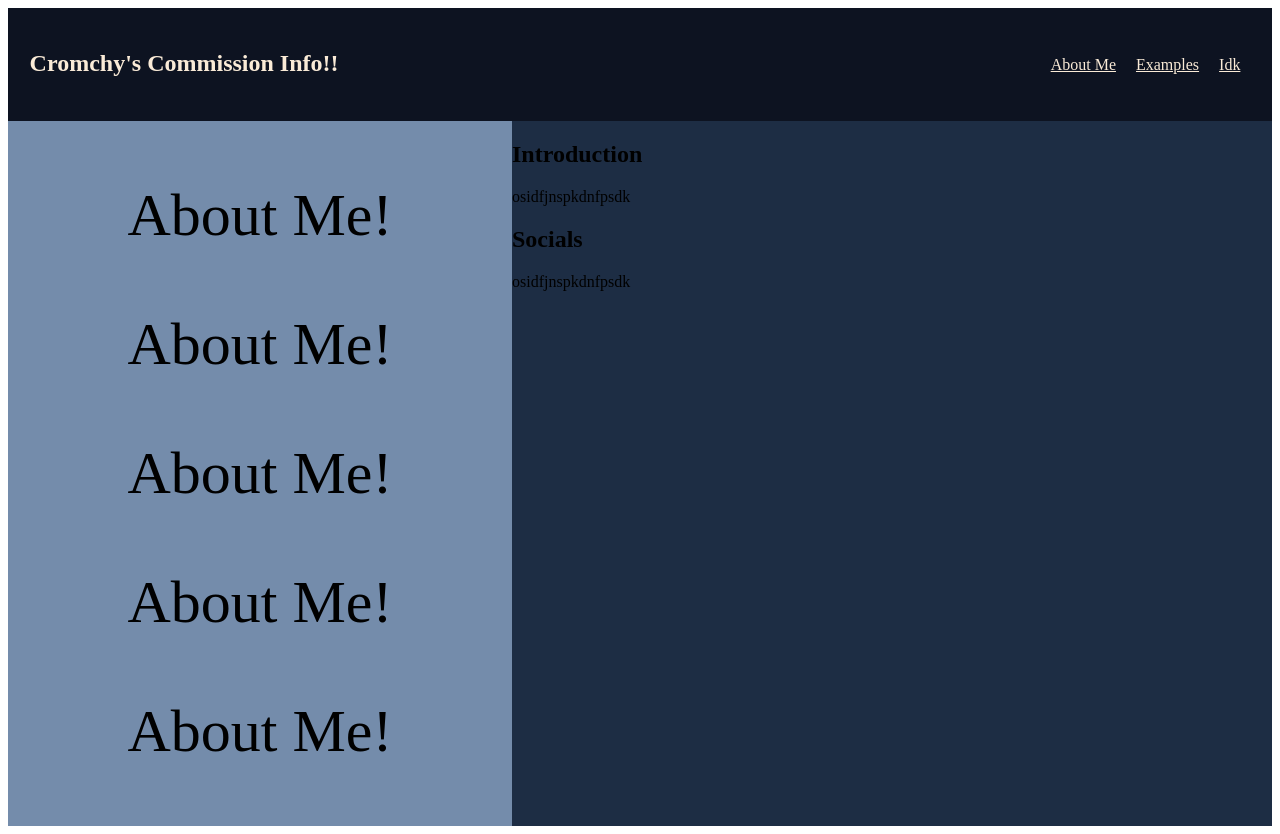
Repository: crackaLack1n/Cromchys_Commission_Site
Page: /
These files come from the project's save history. The page is drawn as it stood at one moment and after the next save; the edit follows.
The browser window is 1280 px wide. The pictures show the whole page.
The project was rebuilt for these pictures with package versions that can differ from the ones it lists, and the page was loaded fresh each time. The framework's server and built-in components were replaced by stand-ins that run in the browser. Also part of the build but not shown: next.config.mjs.

Above is the page before, as saved 2024-06-11 12:24:18.

### pages/index.js
import Head from "next/head";
import Header from "@/Components/Header";
import Image from "next/image";
import styles from "@/styles/Home.module.css";


export default function Home() {
  return (
    <>
      <Head>
        <title>Create Next App</title>
        <meta name="description" content="Generated by create next app" />
        <meta name="viewport" content="width=device-width, initial-scale=1" />
        <link rel="icon" href="/favicon.ico" />
      </Head>

      <Header/>
      <main className={`${styles.main}`}>
        <div className={styles.mainContainer}>
          <div className={styles.containerLeft}>
            <div className={styles.contentLeft}>
            <p>About Me!</p>
            <p>About Me!</p>
            <p>About Me!</p>
            <p>About Me!</p>
            <p>About Me!</p>
            </div>
          </div>
          <div className={styles.contentRight}>
            <h2>Introduction</h2>
            <p>osidfjnspkdnfpsdk</p>
            <h2>Socials</h2>
            <p>osidfjnspkdnfpsdk</p>
          </div>
        </div>
      </main>
    </>
  );
}

### Components/Header/index.js
import Link from "next/link"
import style from './header.module.css';
export default function Header() {
  return (
    <>
      <div className={style.main}>
        <h2>Cromchy's Commission Info!!</h2>
        <nav className={style.nav}>
          <ul className={style.buttons}>
            <li><Link href={`/`}>About Me</Link></li>
            <li><Link href={`/Examples`}>Examples</Link></li>
            <li><Link href={`/Idk`}>Idk</Link></li>
          </ul>
        </nav>
      </div>
    </>
  )
}

### styles/Home.module.css
.main {
  display: flex;
  min-height: 20vh;
  background-color: #748CAB;
}

.mainContainer {
 display: grid;
 grid-template-columns:  1fr 3fr;
 height: auto;
}

.containerLeft {
  width: 70vh;
  text-align: center;
}

.contentLeft p {
  font-size: 60px;
}
.contentRight {
  background-color: #1D2D44;
  width: 100%;
}

/* Mobile */
@media (max-width: 700px) {
  .content {

  }

  .grid {
    grid-template-columns: 1fr;
    margin-bottom: 120px;
    max-width: 320px;
    text-align: center;
  }

}

/* Tablet and Smaller Desktop */
@media (min-width: 701px) and (max-width: 1120px) {
  .grid {
    grid-template-columns: repeat(2, 50%);
  }
}

### Components/Header/header.module.css
.main {
  display: flex;
  justify-content: space-between;
  padding: 3vh;
  background-color: #0D1321;
  color: antiquewhite;
}


.nav {
justify-content: end;

}

.buttons {
  display: flex;

}

.buttons li {
  padding: 10px;
  list-style-type: none;
  color: antiquewhite;
}

.buttons a {
  color: antiquewhite;
}

Loaded but not shown: pages/_app.js (common file); pages/_document.js (common file); styles/globals.css (common file)

After the next save:
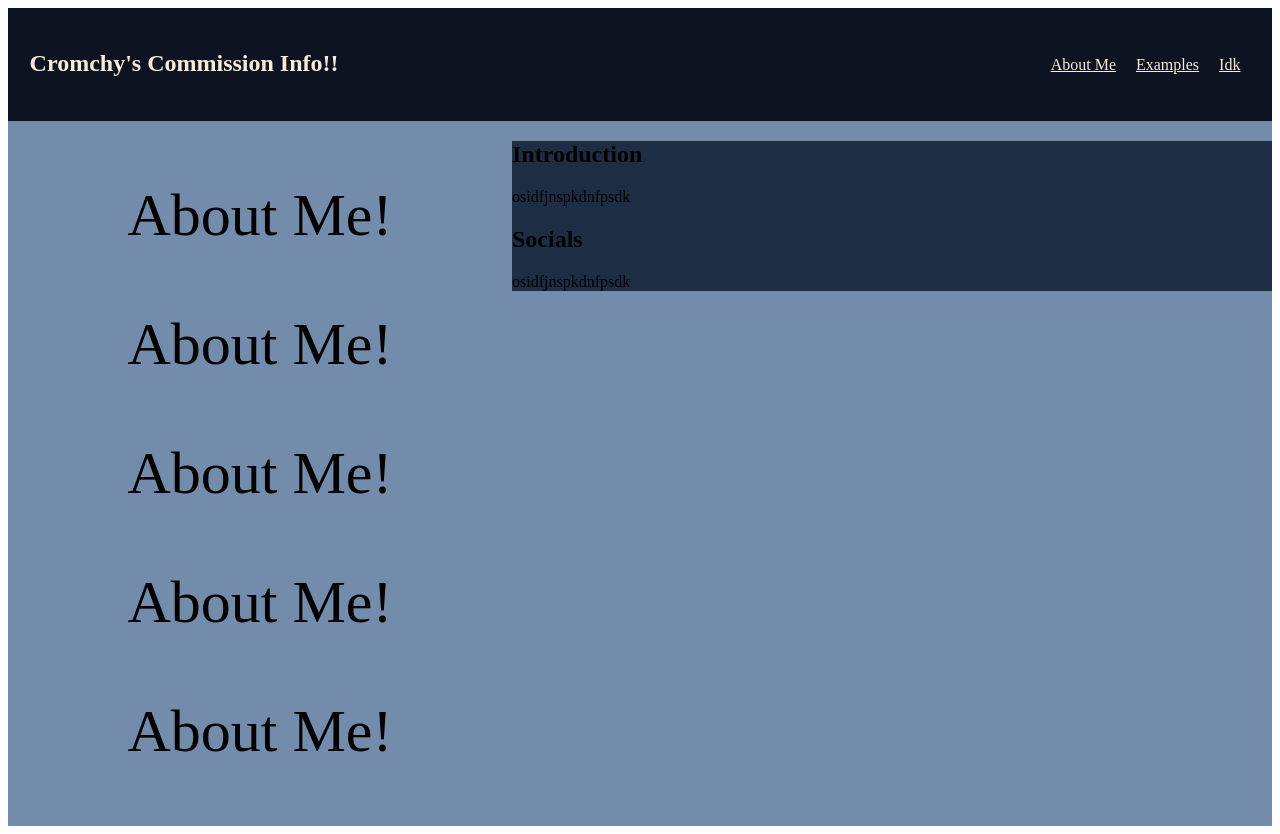
Saved 36 s later.
--- a/pages/index.js
+++ b/pages/index.js
@@ -26,11 +26,13 @@ export default function Home() {
             <p>About Me!</p>
             </div>
           </div>
+          <div className={styles.containerRight}>
           <div className={styles.contentRight}>
             <h2>Introduction</h2>
             <p>osidfjnspkdnfpsdk</p>
             <h2>Socials</h2>
             <p>osidfjnspkdnfpsdk</p>
+            </div>
           </div>
         </div>
       </main>

After the save that followed:
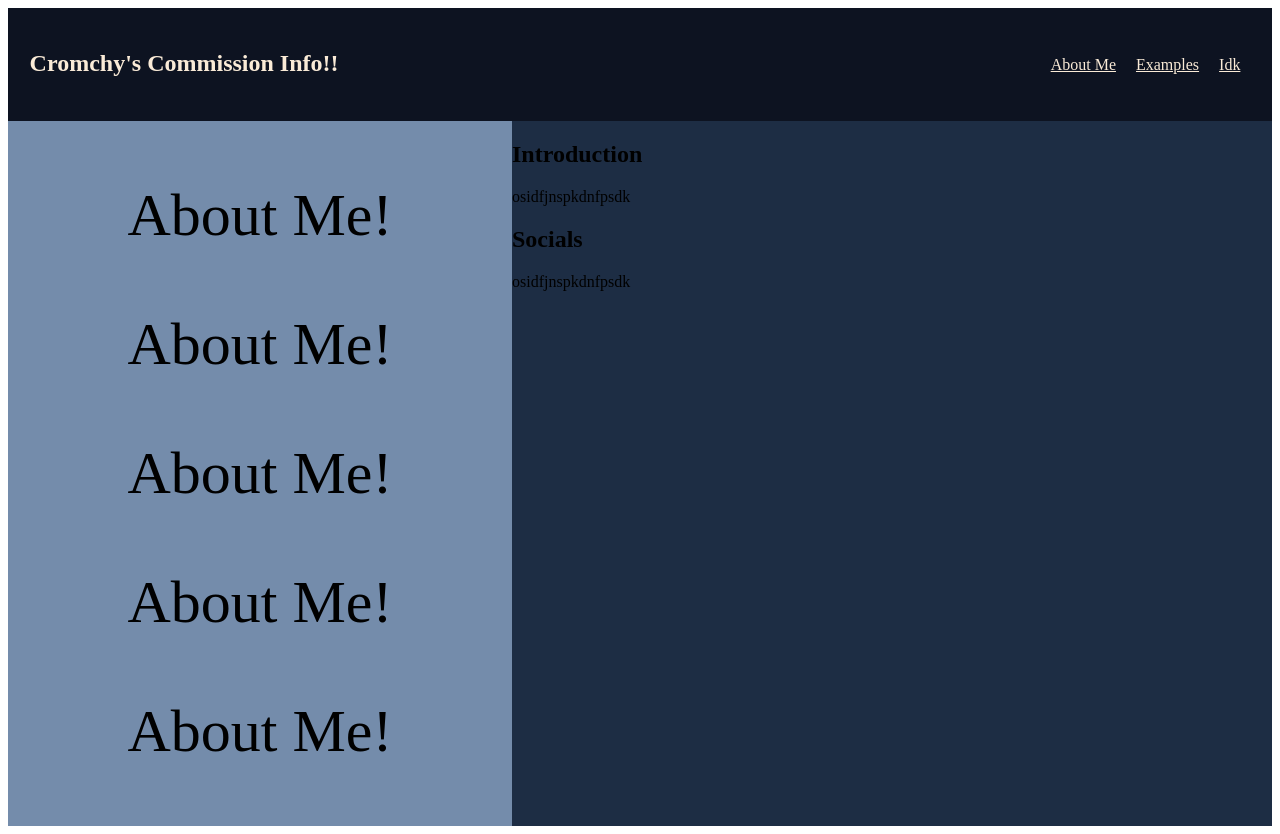
Saved 15 s later.
--- a/styles/Home.module.css
+++ b/styles/Home.module.css
@@ -18,7 +18,7 @@
 .contentLeft p {
   font-size: 60px;
 }
-.contentRight {
+.containerRight {
   background-color: #1D2D44;
   width: 100%;
 }
